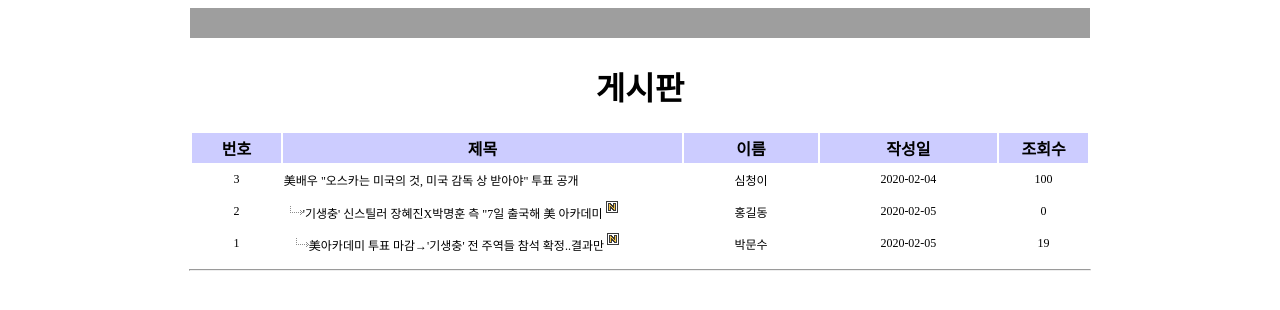
Repository: Rummikub/DBStudy
Page: HTML Project3/WebContent/html/list.html
An editor plug-in stored every save of this project. The page is shown before and after the next save, followed by the edit.
The browser window is 1280 px wide. The pictures show the whole page.
Pictures or frames that could not be fetched are drawn as grey boxes.

Above is the page before, as saved 2020-02-05 07:04:40.

After the next save:
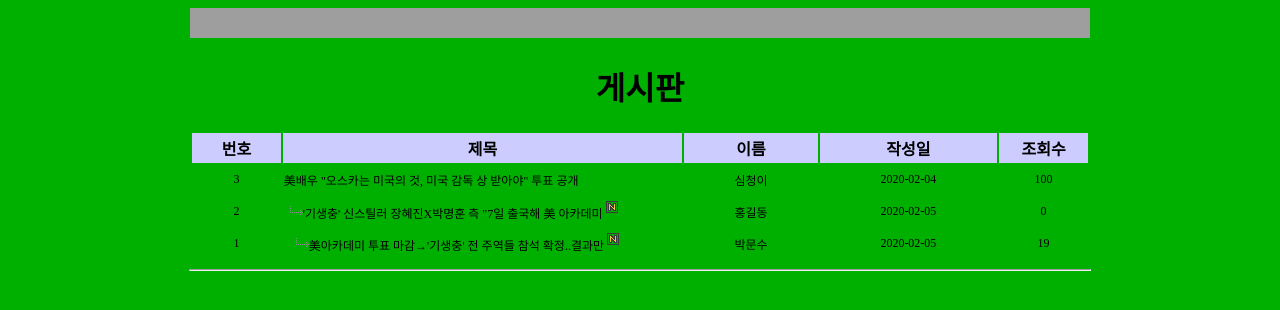
Saved 18 s later.
--- a/HTML Project3/WebContent/html/list.html
+++ b/HTML Project3/WebContent/html/list.html
@@ -8,7 +8,7 @@
 	font-size:9pt
 }</style>
 </head>
-<body bgcolor="">
+<body bgcolor="rgb()">
 	<center>
 	<img src="noticeboard.jpg" width=900 height=30>
 	 <h1>게시판</h1>

After the save that followed:
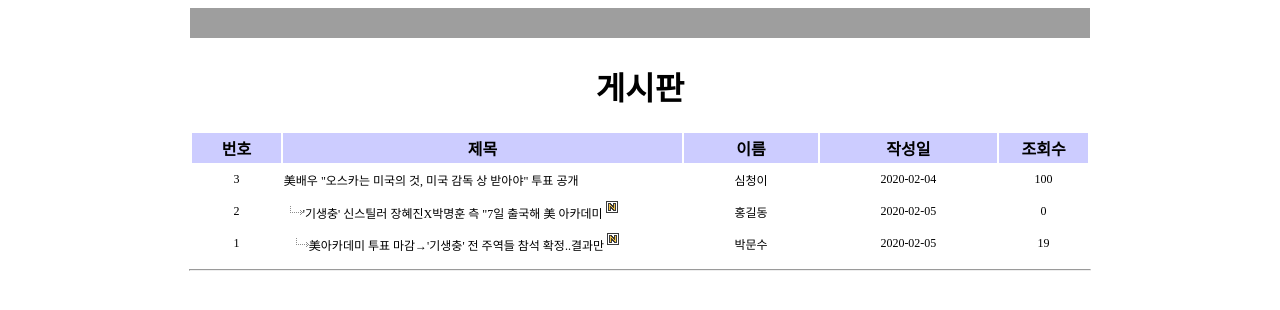
Saved 9 s later.
--- a/HTML Project3/WebContent/html/list.html
+++ b/HTML Project3/WebContent/html/list.html
@@ -8,7 +8,7 @@
 	font-size:9pt
 }</style>
 </head>
-<body bgcolor="rgb()">
+<body>
 	<center>
 	<img src="noticeboard.jpg" width=900 height=30>
 	 <h1>게시판</h1>
